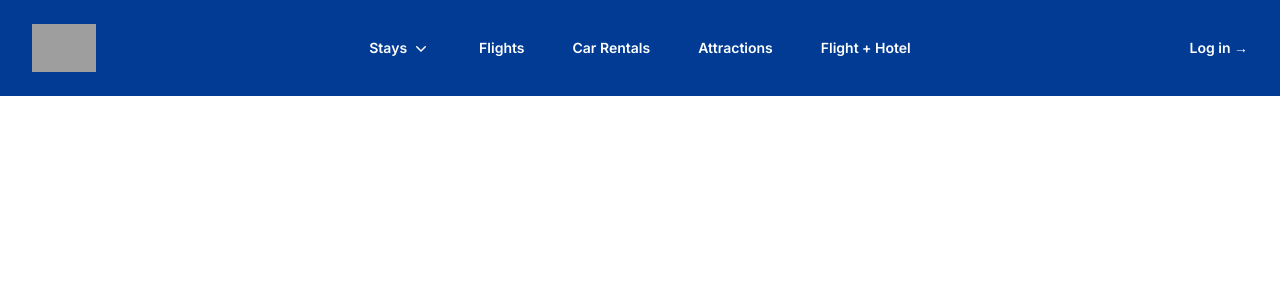
Repository: Qu4ntumGuy/booking
Page: /
The author's editor kept a copy of each file at every save. The page is drawn from the files as they stood at one save, then again after the next save.
The browser window is 1280 px wide. The pictures show the whole page.
Pictures or frames that could not be fetched are drawn as grey boxes. The project was rebuilt for these pictures with package versions that can differ from the ones it lists, and the page was loaded fresh each time. The framework's server and built-in components were replaced by stand-ins that run in the browser. Also part of the build but not shown: next.config.mjs.

Above is the page before, as saved 2024-07-03 14:24:48.

### app/layout.tsx
import type { Metadata } from "next";
import { Inter } from "next/font/google";
import "./globals.css";
import Header from "@/components/Header";

const inter = Inter({ subsets: ["latin"] });

export const metadata: Metadata = {
  title: "Booking",
  description: "Generated by create next app",
};

export default function RootLayout({
  children,
}: Readonly<{
  children: React.ReactNode;
}>) {
  return (
    <html lang="en">
      <body className={inter.className}>
      <Header />

        {children}</body>
    </html>
  );
}

### app/page.tsx
import Image from "next/image";

export default function Home() {
  return (
    <main className="">
 <section className="max-w-7xl mx-auto p-6">
        <h2 className="font-bold text-5xl text-white">Find your Next Stay</h2>
        <h3 className="text-white py-5 text-xl">
          Search low prices on hotels, homes and much more...
        </h3>
      </section>    </main>
  );
}

### components/Header.tsx
"use client";

import Link from "next/link";
import { Fragment, useState } from "react";
import { Bars3Icon, XMarkIcon } from "@heroicons/react/24/outline";
import {
  ChatBubbleLeftIcon,
  ChevronDownIcon,
  HomeIcon,
  PaperAirplaneIcon,
  PhoneIcon,
  PlayCircleIcon,
} from "@heroicons/react/20/solid";
import { Dialog, Disclosure, Popover, Transition } from "@headlessui/react";
import { cn } from "@/lib/utils";

const products = [
  {
    name: "Book a Stay",
    description: "Get a better understanding of your traffic",
    href: "#",
    icon: HomeIcon,
  },
  {
    name: "Book a Flight",
    description: "Speak directly to your customers",
    href: "#",
    icon: PaperAirplaneIcon,
  },
  {
    name: "Contact our Support Team",
    description: "Your customers’ data will be safe and secure",
    href: "#",
    icon: ChatBubbleLeftIcon,
  },
];

const callsToAction = [
  { name: "See Demo Booking", href: "#", icon: PlayCircleIcon },
  { name: "Contact Support", href: "#", icon: PhoneIcon },
];

function Header() {
  const [mobileMenuOpen, setMobileMenuOpen] = useState(false);

  return (
    <header className="bg-[#013B94]">
      <nav
        className="mx-auto flex max-w-7xl items-center justify-between p-6 lg:px-8"
        aria-label="Global"
      >
        <div className="flex lg:flex-1">
          <Link href="/" className="-m-1.5 p-1.5">
            <span className="sr-only">Booking.com</span>
            <img
              className="h-12 w-auto"
              src="https://static1.squarespace.com/static/5bde0f00c3c16aa95581e2e2/62b4cb1add9d257dd43bb03d/62b653fedc7c895918d19b24/1656116254983/booking+logo+white.png?format=1500w"
              alt=""
            />
          </Link>
        </div>

        <div className="flex lg:hidden">
          <button
            type="button"
            className="-m-2.5 inline-flex items-center justify-center rounded-md p-2.5 text-white"
            onClick={() => setMobileMenuOpen(true)}
          >
            <span className="sr-only">Open main menu</span>
            <Bars3Icon className="h-6 w-6" aria-hidden="true" />
          </button>
        </div>

        <Popover.Group className="hidden lg:flex lg:gap-x-12">
          <Popover className="relative">
            <Popover.Button className="flex items-center gap-x-1 text-sm font-semibold leading-6 text-white">
              Stays
              <ChevronDownIcon
                className="h-5 w-5 flex-none text-white"
                aria-hidden="true"
              />
            </Popover.Button>

            <Transition
              as={Fragment}
              enter="transition ease-out duration-200"
              enterFrom="opacity-0 translate-y-1"
              enterTo="opacity-100 translate-y-0"
              leave="transition ease-in duration-150"
              leaveFrom="opacity-100 translate-y-0"
              leaveTo="opacity-0 translate-y-1"
            >
              <Popover.Panel className="absolute bg-white -left-8 top-full z-10 mt-3 w-screen max-w-md overflow-hidden rounded-3xl shadow-lg ring-1 ring-gray-900/5">
                <div className="p-4">
                  {products.map((item) => (
                    <div
                      key={item.name}
                      className="group relative flex items-center gap-x-6 rounded-lg p-4 text-sm leading-6 hover:bg-gray-50"
                    >
                      <div className="flex h-11 w-11 flex-none items-center justify-center rounded-lg bg-gray-50 group-hover:bg-gray-200">
                        <item.icon
                          className="h-6 w-6 text-[#013B94] group-hover:text-blue-600"
                          aria-hidden="true"
                        />
                      </div>

                      <div className="flex-auto">
                        <a
                          href={item.href}
                          className="block font-semibold text-[#013B94]"
                        >
                          {item.name}
                          <span className="absolute inset-0" />
                        </a>
                        <p className="mt-1 text-[#013B94]">
                          {item.description}
                        </p>
                      </div>
                    </div>
                  ))}
                </div>

                <div className="grid grid-cols-2 divide-x divide-gray-900/5 bg-gray-50">
                  {callsToAction.map((item) => (
                    <a
                      key={item.name}
                      href={item.href}
                      className="flex items-center justify-center gap-x-2.5 p-3 text-sm font-semibold leading-6 text-[#013B94] hover:bg-gray-100"
                    >
                      <item.icon
                        className="h-5 w-5 flex-none text-[#013B94]"
                        aria-hidden="true"
                      />
                      {item.name}
                    </a>
                  ))}
                </div>
              </Popover.Panel>
            </Transition>
          </Popover>

          <a href="#" className="text-sm font-semibold leading-6 text-white">
            Flights
          </a>
          <a href="#" className="text-sm font-semibold leading-6 text-white">
            Car Rentals
          </a>
          <a href="#" className="text-sm font-semibold leading-6 text-white">
            Attractions
          </a>
          <a href="#" className="text-sm font-semibold leading-6 text-white">
            Flight + Hotel
          </a>
        </Popover.Group>

        <div className="hidden lg:flex lg:flex-1 lg:justify-end">
          <a href="#" className="text-sm font-semibold leading-6 text-white">
            Log in <span aria-hidden="true">&rarr;</span>
          </a>
        </div>
      </nav>

      <Dialog
        as="div"
        className="lg:hidden"
        open={mobileMenuOpen}
        onClose={setMobileMenuOpen}
      >
        <div className="fixed inset-0 z-10" />

        <Dialog.Panel className="fixed inset-y-0 right-0 z-10 w-full overflow-y-auto bg-[#013B94] px-6 py-6 sm:max-w-sm sm:ring-1 sm:ring-gray-900/10">
          <div className="flex items-center justify-between">
            <a href="#" className="-m-1.5 p-1.5">
              <span className="sr-only">Booking.com</span>
              <img
                className="h-8 w-auto"
                src="https://static1.squarespace.com/static/5bde0f00c3c16aa95581e2e2/62b4cb1add9d257dd43bb03d/62b653fedc7c895918d19b24/1656116254983/booking+logo+white.png?format=1500w"
                alt=""
              />
            </a>
            <button
              type="button"
              className="-m-2.5 rounded-md p-2.5 text-white"
              onClick={() => setMobileMenuOpen(false)}
            >
              <span className="sr-only">Close menu</span>
              <XMarkIcon className="h-6 w-6" aria-hidden="true" />
            </button>
          </div>

          <div className="mt-6 flow-root">
            <div className="-my-6 divide-y divide-gray-500/10">
              <div className="space-y-2 py-6">
                <Disclosure as="div" className="-mx-3">
                  {({ open }) => (
                    <>
                      <Disclosure.Button className="flex w-full items-center justify-between rounded-lg py-2 pl-3 pr-3.5 text-base font-semibold leading-7 text-white hover:bg-blue-800">
                        Stays
                        <ChevronDownIcon
                          className={cn(
                            open ? "rotate-180" : "",
                            "h-5 w-5 flex-none"
                          )}
                          aria-hidden="true"
                        />
                      </Disclosure.Button>
                      <Disclosure.Panel className="mt-2 space-y-2">
                        {[...products, ...callsToAction].map((item) => (
                          <Disclosure.Button
                            key={item.name}
                            as="a"
                            href={item.href}
                            className="block rounded-lg py-2 pl-6 pr-3 text-sm font-semibold leading-7 text-white hover:bg-blue-800"
                          >
                            {item.name}
                          </Disclosure.Button>
                        ))}
                      </Disclosure.Panel>
                    </>
                  )}
                </Disclosure>
                <a
                  href="#"
                  className="-mx-3 block rounded-lg px-3 py-2 text-base font-semibold leading-7 text-white hover:bg-blue-800"
                >
                  Flights
                </a>
                <a
                  href="#"
                  className="-mx-3 block rounded-lg px-3 py-2 text-base font-semibold leading-7 text-white hover:bg-blue-800"
                >
                  Car Rentals
                </a>
                <a
                  href="#"
                  className="-mx-3 block rounded-lg px-3 py-2 text-base font-semibold leading-7 text-white hover:bg-blue-800"
                >
                  Attractions
                </a>
                <a
                  href="#"
                  className="-mx-3 block rounded-lg px-3 py-2 text-base font-semibold leading-7 text-white hover:bg-blue-800"
                >
                  Flight + Hotel
                </a>
              </div>

              <div className="py-6">
                <a
                  href="#"
                  className="-mx-3 block rounded-lg px-3 py-2.5 text-base font-semibold leading-7 text-white hover:bg-blue-800"
                >
                  Log In
                </a>
              </div>
            </div>
          </div>
        </Dialog.Panel>
      </Dialog>
    </header>
  );
}

export default Header;

Loaded but not shown: app/globals.css (common file); lib/utils.ts (common file); tailwind.config.ts (common file)

After the next save:
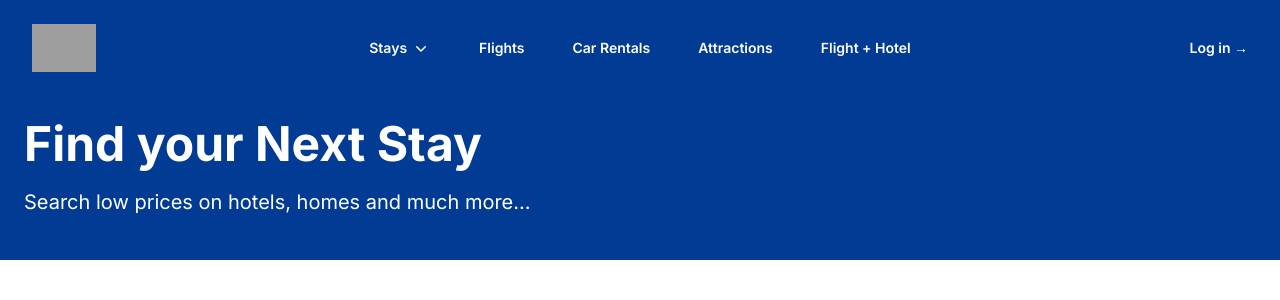
Saved 44 s later.
--- a/app/page.tsx
+++ b/app/page.tsx
@@ -2,7 +2,7 @@ import Image from "next/image";
 
 export default function Home() {
   return (
-    <main className="">
+    <main className="bg-[#013B94]">
  <section className="max-w-7xl mx-auto p-6">
         <h2 className="font-bold text-5xl text-white">Find your Next Stay</h2>
         <h3 className="text-white py-5 text-xl">
